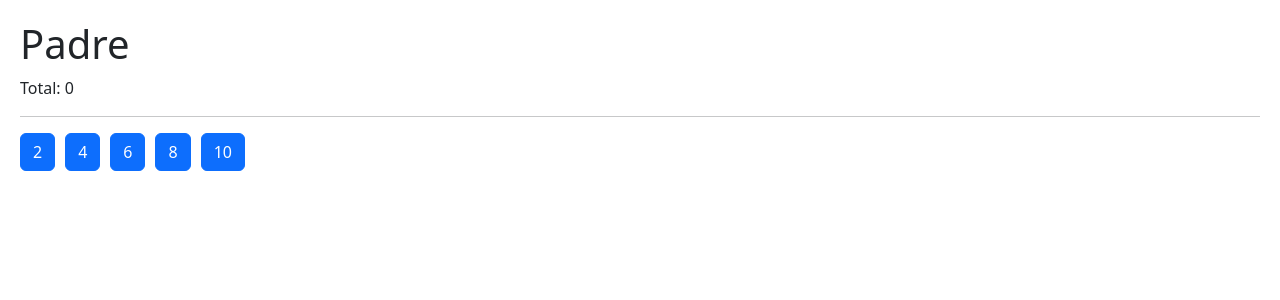
Repository: bryanesteban/hooks-App
Page: /
These files come from the project's save history. The page is drawn as it stood at one moment and after a run of saves; the edit follows.
The browser window is 1280 px wide. The pictures show the whole page.
The project was rebuilt for these pictures with package versions that can differ from the ones it lists, and the page was loaded fresh each time. Also part of the build but not shown: vite.config.js, src/HooksApp.jsx, src/01-useState/CounterApp.jsx, src/hooks/useCounter.jsx, src/01-useState/CounterWithCustomHook.jsx, src/02-useEffect/Message.jsx, src/02-useEffect/SimpleForm.jsx, src/hooks/useForm.js and 12 more.

Above is the page before, as saved 2024-08-16 12:09:10.

### src/main.jsx
import React from 'react'
import ReactDOM from 'react-dom/client'
import './index.css'
import { HooksApp } from './HooksApp'
import { CounterApp } from './01-useState/CounterApp'
import { CounterWithCustomHook } from './01-useState/CounterWithCustomHook'
import { SimpleForm } from './02-useEffect/SimpleForm'
import { FormWithCustomHook } from './02-useEffect/FormWithCustomHook'
import { MultipleCustomHook } from './03-examples/MultipleCustomHook'
import { FocusScreen } from './04-useRef/FocusScreen'
import { Layout } from './05-useLayoutEffect/Layout'
import { Memorize } from './06-memos/Memorize'
import { MemoHook } from './06-memos/MemoHook'
import { CallbackHook } from './06-memos/CallbackHook'
import { Padre } from './07-tarea-memo/Padre'

import './08-useReducer/intro-reducer';

ReactDOM.createRoot(document.getElementById('root')).render(
  // <React.StrictMode>
  //   <FormWithCustomHook />
  // <MultipleCustomHook />
  // <FocusScreen/>
  // <Layout/>
      // <Memorize/>
      // <MemoHook/>
      // <CallbackHook/>
      <Padre/>

  // </React.StrictMode>
)

### src/07-tarea-memo/Padre.jsx
import React, { useCallback, useMemo } from 'react'
import { Hijo } from './Hijo'
import { useState } from 'react';

export const Padre = () => {

    const numeros = [2,4,6,8,10];
    const [valor, setValor] = useState(0);

    const incrementar =  useCallback(
        ( num ) => {
            setValor( (oldValue) =>  oldValue + num )
        },
      [],
    )





    return (
        <div>
            <h1>Padre</h1>
            <p> Total: { valor } </p>

            <hr />

            {
                numeros.map( n => (
                    <Hijo
                        key={ n }
                        numero={ n }
                        incrementar={ incrementar }
                    />
                ))
            }
            {/* <Hijo /> */}
        </div>
    )
}

### src/08-useReducer/intro-reducer.js


const initialState = [{
    id:1,
    todo: 'Recolecar la piedra del Alma',
    done: false,
}];

const todoReducer = (state = initialState, action ={}) =>{

    if(action.type === '[TODO] add todo'){
        return [...state, action.payload];
    }

    return state;
}

let todos = todoReducer();

const newTodo = {
    id:2,
    todo: 'Recolectar la priedra del poder',
    done: false
}

const addTodoAction = {
    type:'[TODO] add todo',
    payload: newTodo,
}

todos = todoReducer(todos, addTodoAction);

console.log(todos);

### src/07-tarea-memo/Hijo.jsx
import React from 'react'

export const Hijo = React.memo( ({ numero, incrementar }) => {

    console.log('  Me volví a generar :(  ');

    return (
        <button
            className="btn btn-primary mr-3"
            onClick={ () => incrementar( numero ) }
        >
            { numero }
        </button>
    )
})

### src/08-useReducer/TodoApp.jsx
import React from 'react'

export const TodoApp = () => {
  return (
    <>
    <h1>TodoApp</h1>
    <hr/>

    <ul>
        <li>Item 1</li>
        <li>Item 2</li>
        <li>Item 3</li>
    </ul>
    </>
  )
}

Loaded but not shown: index.html (common file); src/index.css (common file)

After the next 2 saves:
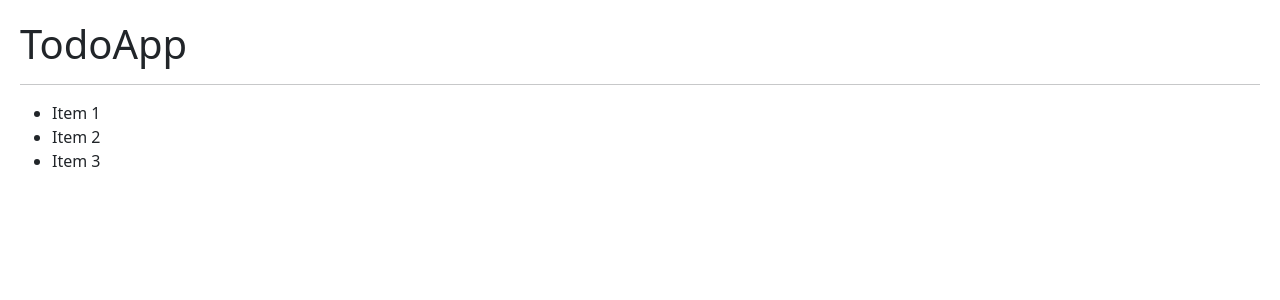
The 2 saves are shown as one change because they came seconds apart.
The last was saved 30 s later.
--- a/src/main.jsx
+++ b/src/main.jsx
@@ -12,9 +12,10 @@
 import { Memorize } from './06-memos/Memorize'
 import { MemoHook } from './06-memos/MemoHook'
 import { CallbackHook } from './06-memos/CallbackHook'
-import { Padre } from './07-tarea-memo/Padre'
+// import { Padre } from './07-tarea-memo/Padre'
 
 import './08-useReducer/intro-reducer';
+import { TodoApp } from './08-useReducer/TodoApp'
 
 ReactDOM.createRoot(document.getElementById('root')).render(
   // <React.StrictMode>
@@ -25,7 +26,8 @@
       // <Memorize/>
       // <MemoHook/>
       // <CallbackHook/>
-      <Padre/>
+      // <Padre/>
+      <TodoApp/>
 
   // </React.StrictMode>
 )
